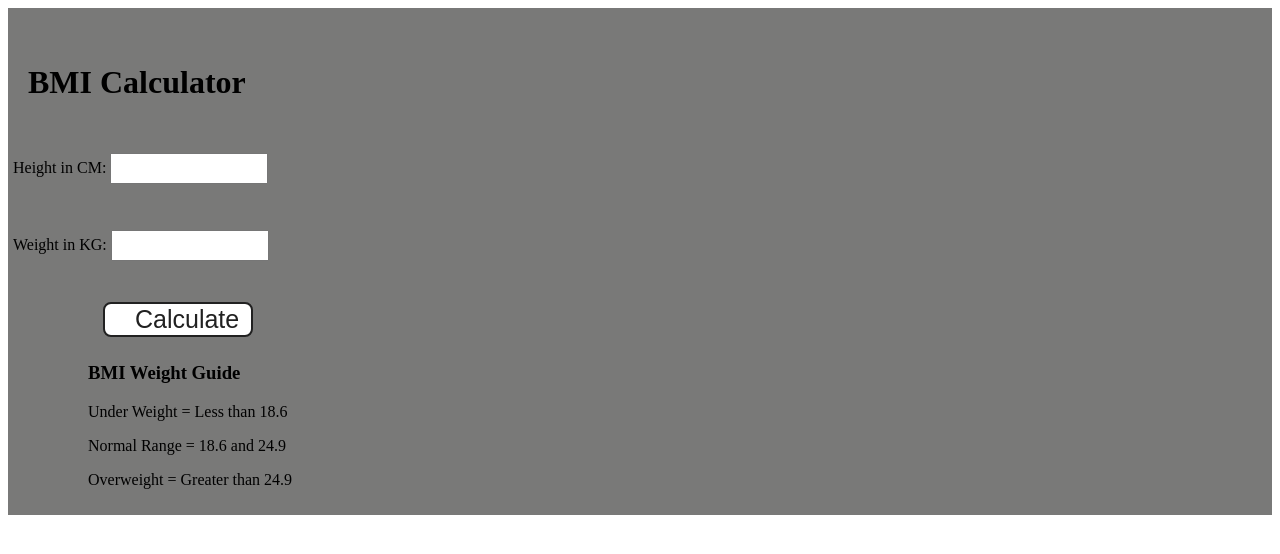
Repository: VishwaGoswami1407/JavaScript-Practice
Page: 07_projects/project2.html
An editor plug-in stored every save of this project. The page is shown before and after the next save, followed by the edit.
The browser window is 1280 px wide. The pictures show the whole page.

Above is the page before, as saved 2024-07-07 18:52:28.

### 07_projects/project2.html
<!DOCTYPE html>
<html lang="en">
  <head>
    <meta charset="UTF-8" />
    <meta name="viewport" content="width=device-width, initial-scale=1.0" />
    <meta http-equiv="X-UA-Compatible" content="ie=edge" />
    <link rel="stylesheet" href="style2.css" />

    <title>BMI Calculator</title>
  </head>
  <body>
    <div class="container">
      <h1>BMI Calculator</h1>
      <form>
        <p><label>Height in CM: </label><input type="text" id="height" /></p>
        <p><label>Weight in KG: </label><input type="text" id="weight" /></p>
        <button>Calculate</button>
        <div id="results"></div>
        <div id="weight-guide">
          <h3>BMI Weight Guide</h3>
          <p>Under Weight = Less than 18.6</p>
          <p>Normal Range = 18.6 and 24.9</p>
          <p>Overweight = Greater than 24.9</p>
        </div>
      </form>
    </div>
  </body>
  <script src="project2.js"></script>
</html>

### 07_projects/style2.css
.container {


    background-color: #797978;
    padding: 10px 5px ;
  }
  #height,
  #weight {
    width: 150px;
    height: 25px;
    margin-top: 30px;
  }

  #weight-guide {
    margin-left: 75px;
    margin-top: 25px;
  }

  #results {
    font-size: 35px;
    margin-left: 90px;
    margin-top: 20px;
    color: rgb(241, 241, 241);
  }

  button {
    width: 150px;
    height: 35px;
    margin-left: 90px;
    margin-top: 25px;
    background-color: #fff;
    padding: 1px 30px;
    border-radius: 8px;
    color: #212121;
    text-decoration: none;
    border: 2px solid #212121;

    font-size: 25px;
  }

  h1 {
    padding-left: 15px;
    padding-top: 25px;

  }

### 07_projects/project2.js
const form = document.querySelector('form')

//this usecase will give empty values in form elements
// const height = parseInt(document.querySelector('#height').value)
form.addEventListener('submit', function(e){
    e.preventDefault()
  const height = parseInt(document.querySelector('#height').value)
  const weight = parseInt(document.querySelector('#weight').value)
  const results = document.querySelector('#results')

  if(height === '' || height < 0 || isNaN(height)){
    results.innerHTML = `please give a valid height ${height}`
  }else if(weight === '' || weight < 0 || isNaN(weight)){
    results.innerHTML = `please give a valid weight ${weight}`
  }else {
    const bmi = (weight / ((height*height)/1000)).toFixed(2)
    //show the result
    results.innerHTML = `<span>${bmi}</span>`
  }



});

After the next save:
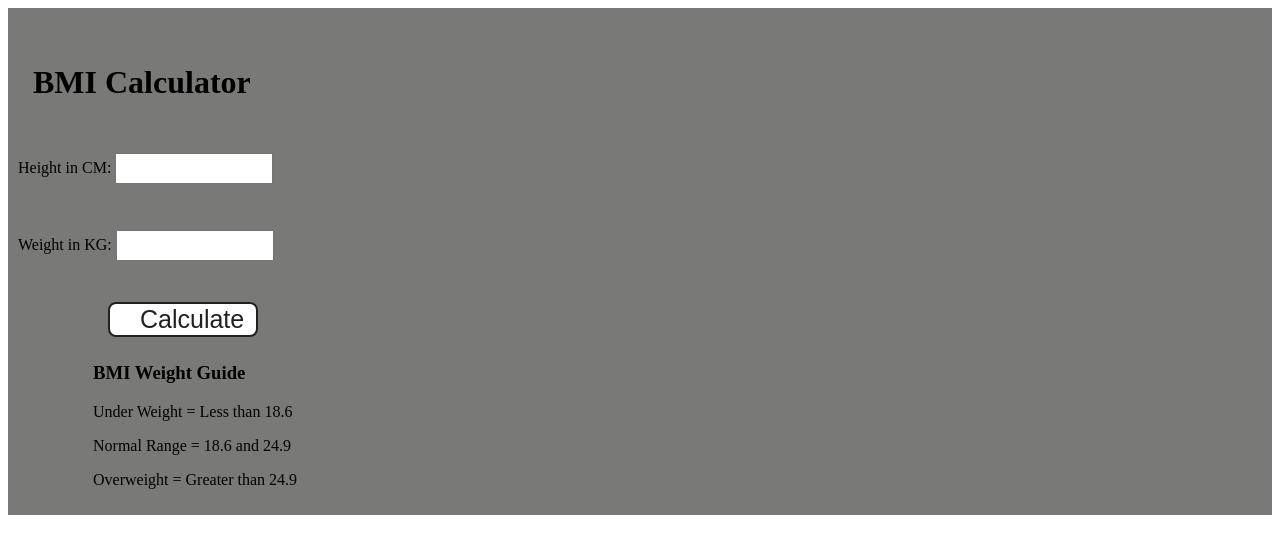
Saved 7 s later.
--- a/07_projects/style2.css
+++ b/07_projects/style2.css
@@ -2,7 +2,7 @@
 
 
     background-color: #797978;
-    padding: 10px 5px ;
+    padding: 10px ;
   }
   #height,
   #weight {
